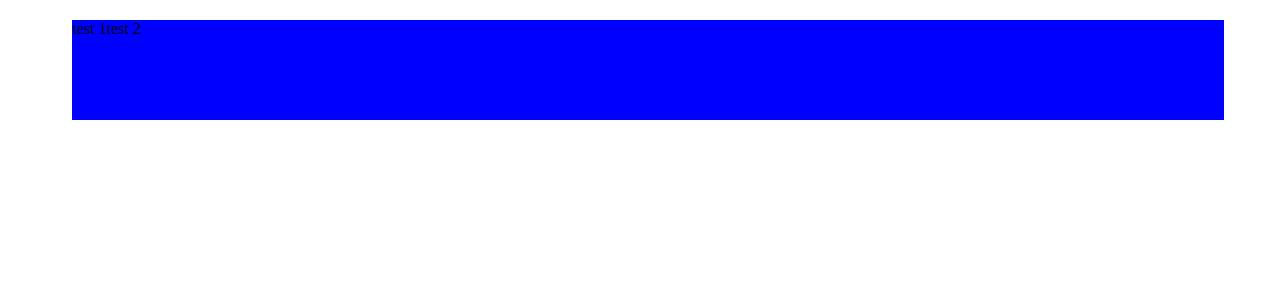
Repository: wimkinnet/Acco_Publish
Page: index.html
The author's editor kept a record of every edit. The page is drawn from the files as they stood at one moment, then again after the next edit.
The browser window is 1280 px wide. The pictures show the whole page.

Above is the page before.

After the next edit:
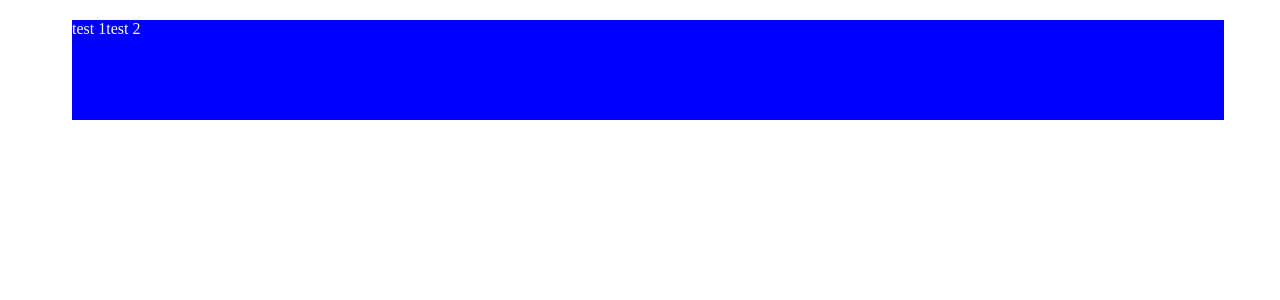
The edit:
--- a/index.html
+++ b/index.html
@@ -13,6 +13,7 @@
       }
       .page-header-element {
         float: left;
+        color: white
       }
     </style>
   </head>
